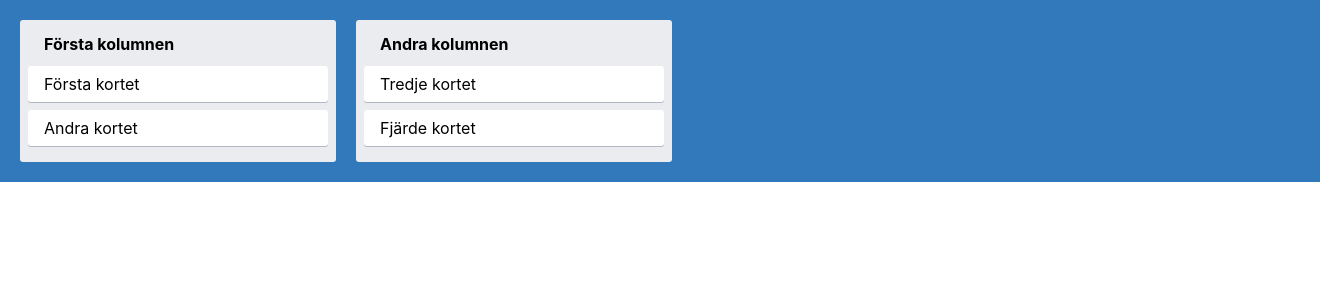
Repository: elander/grundkursen
Page: /
The author's editor kept a copy of each file at every save. The page is drawn from the files as they stood at one save, then again after the next save.
The browser window is 1280 px wide. The page is 1320 px wide, so the pictures cover 1320 px, including what lies to the right of the window. The pictures show the whole page.
The project was rebuilt for these pictures with package versions that can differ from the ones it lists, and the page was loaded fresh each time. Also part of the build but not shown: src/App.css.

Above is the page before, as saved 2022-04-25 10:36:23.

After the next save:
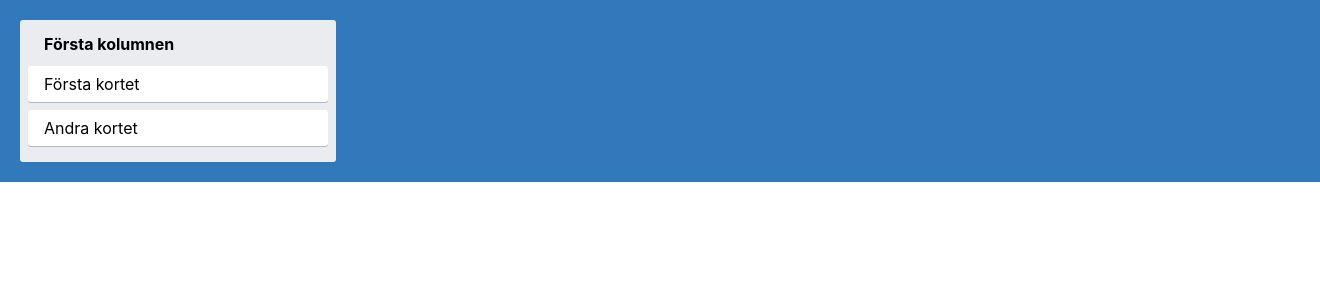
Saved 67 s later.
--- a/src/App.tsx
+++ b/src/App.tsx
@@ -7,22 +7,14 @@ import {
   ColumnTitle
 } from './styles';
 
+import { Column } from './components/Column/Column';
 import React from 'react';
 
 function App() {
 
   return (
     <AppContainer>
-      <ColumnContainer>
-      <ColumnTitle>Första kolumnen</ColumnTitle>
-      <CardContainer>Första kortet</CardContainer>
-      <CardContainer>Andra kortet</CardContainer>
-      </ColumnContainer>
-      <ColumnContainer>
-      <ColumnTitle>Andra kolumnen</ColumnTitle>
-      <CardContainer>Tredje kortet</CardContainer>
-      <CardContainer>Fjärde kortet</CardContainer>
-      </ColumnContainer>
+      <Column text='Testkolumn' />
     </AppContainer>
   );
 }
